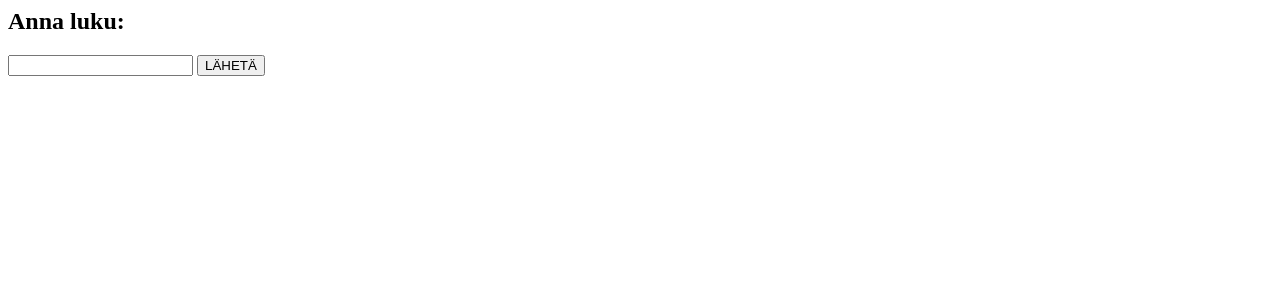
Repository: koodaajakige/knykanen
Page: public_html/be/ehtoja.html
These files come from the project's save history. The page is drawn as it stood at one moment and after the next save; the edit follows.
The browser window is 1280 px wide. The pictures show the whole page.

Above is the page before, as saved 2022-11-01 07:45:11.

After the next save:
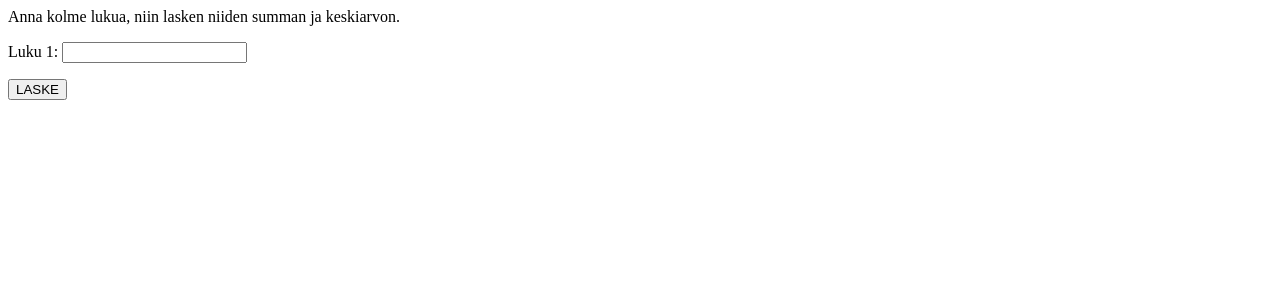
Saved 3 min 18 s later.
--- a/public_html/be/ehtoja.html
+++ b/public_html/be/ehtoja.html
@@ -1,11 +1,13 @@
-<head>
+<head></head>
     <meta charset="UTF-8">
-    <title>If, else if ja else</title>
 </head>
 <body>
-    <h2>Anna luku:</h2>
+
+<p>Anna kolme lukua, niin lasken niiden summan ja keskiarvon.</p>
 <form action="ehtoharjoitus.php" method="GET">
-    <input type="text" name="luku">
-    <input type="submit" value="LÄHETÄ">
+
+    <p>Luku 1: <input type="text" name="luku1"></p>
+
+    <input type="submit" value="LASKE">
 </form>
 </body>
